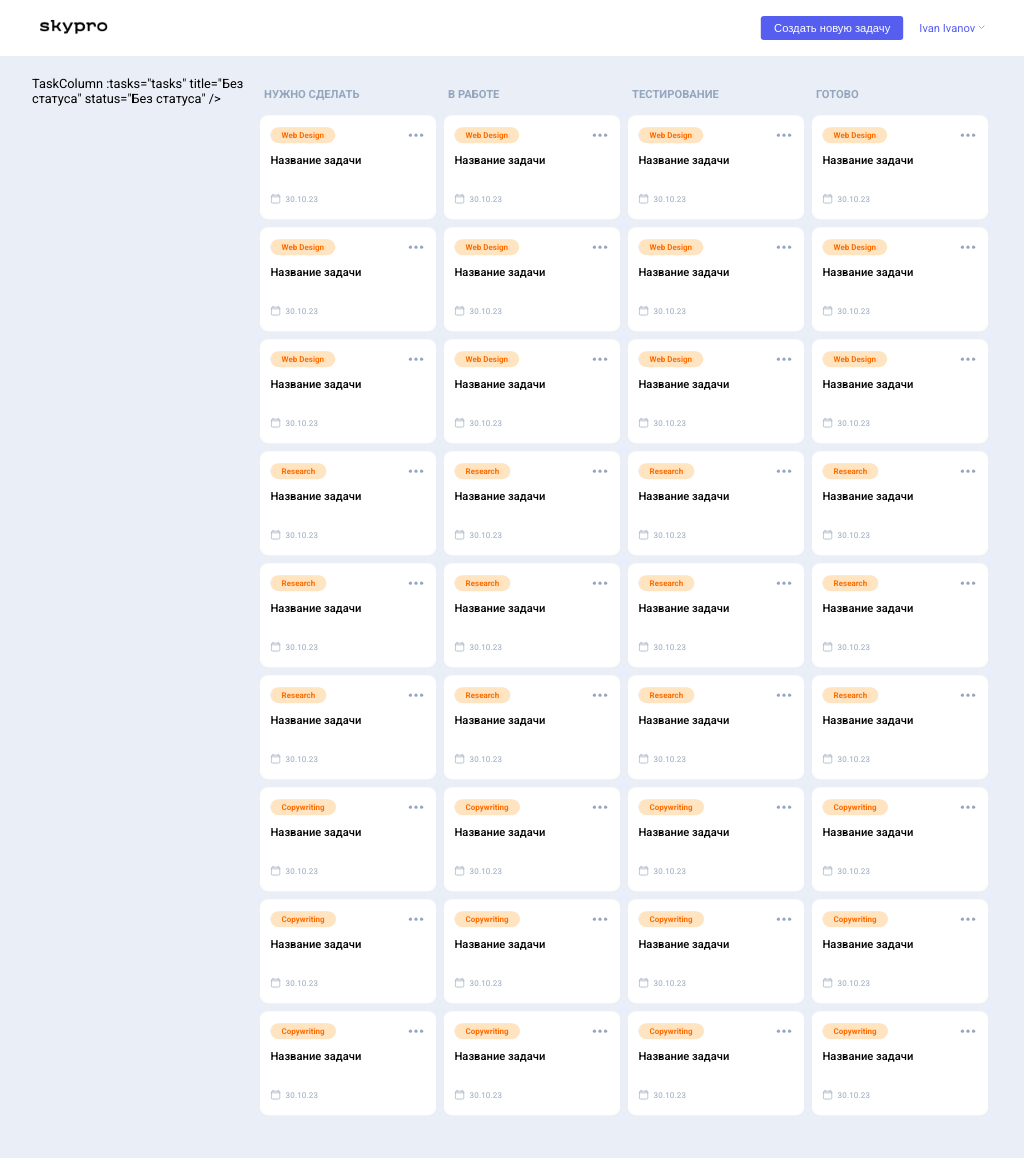
Repository: Olchik-resh/skypro-kanban
Page: /
An editor plug-in stored every save of this project. The page is shown before and after the next save, followed by the edit.
The browser window is 1280 px wide. The pictures show the whole page, at 80% of full size.
The project was rebuilt for these pictures with package versions that can differ from the ones it lists, and the page was loaded fresh each time. Also part of the build but not shown: vite.config.js.

Above is the page before, as saved 2025-07-28 16:43:49.

### index.html
<!doctype html>
<html lang="">
  <head>
    <meta charset="UTF-8" />
    <link rel="icon" href="/public/favicon.ico" />
    <meta name="viewport" content="width=device-width, initial-scale=1.0" />
    <link rel="preconnect" href="https://fonts.googleapis.com" />
    <link rel="preconnect" href="https://fonts.gstatic.com" crossorigin />
    <link
      href="https://fonts.googleapis.com/css2?family=Roboto+Flex:opsz,wght@8..144,200;8..144,300;8..144,400;8..144,700;8..144,800;8..144,900&family=Roboto:wght@400;500;700&display=swap"
      rel="stylesheet"
    />
    <title>Skypro</title>
  </head>
  <body>
    <div id="app"></div>
    <script type="module" src="/src/main.js"></script>
  </body>
</html>

### src/components/BaseHeader.vue
<template>
  <header class="header">
    <div class="container">
      <div class="header__block">
        <div class="header__logo _show _light">
          <a href="" target="_self"><img src="/src/assets/images/logo.png" alt="logo" /></a>
        </div>
        <div class="header__logo _dark">
          <a href="" target="_self"><img src="/src/assets/images/logo_dark.png" alt="logo" /></a>
        </div>
        <nav class="header__nav">
          <button class="header__btn-main-new _hover01" id="btnMainNew">
            <a href="#popNewCard">Создать новую задачу</a>
          </button>
          <UserModal />
        </nav>
      </div>
    </div>
  </header>
</template>

<script setup>
import UserModal from './UserModal.vue'
</script>

<style lang="scss" scoped></style>

### src/components/ExitModal.vue
<template>
  <div class="pop-exit__container">
    <div class="pop-exit__block">
      <div class="pop-exit__ttl">
        <h2>Выйти из аккаунта?</h2>
      </div>
      <form class="pop-exit__form" id="formExit" action="#">
        <div class="pop-exit__form-group">
          <button class="pop-exit__exit-yes _hover01" id="exitYes">
            <a href="modal/signin.html">Да, выйти</a>
          </button>
          <button class="pop-exit__exit-no _hover03" id="exitNo">
            <a href="main.html">Нет, остаться</a>
          </button>
        </div>
      </form>
    </div>
  </div>
</template>

<script setup></script>

<style lang="scss" scoped></style>

### src/components/NewCardModal.vue
<template>
  <div class="pop-new-card__container">
    <div class="pop-new-card__block">
      <div class="pop-new-card__content">
        <h3 class="pop-new-card__ttl">Создание задачи</h3>
        <a href="#" class="pop-new-card__close">&#10006;</a>
        <div class="pop-new-card__wrap">
          <form class="pop-new-card__form form-new" id="formNewCard" action="#">
            <div class="form-new__block">
              <label for="formTitle" class="subttl">Название задачи</label>
              <input
                class="form-new__input"
                type="text"
                name="name"
                id="formTitle"
                placeholder="Введите название задачи..."
                autofocus
              />
            </div>
            <div class="form-new__block">
              <label for="textArea" class="subttl">Описание задачи</label>
              <textarea
                class="form-new__area"
                name="text"
                id="textArea"
                placeholder="Введите описание задачи..."
              ></textarea>
            </div>
          </form>
          <div class="pop-new-card__calendar calendar">
            <p class="calendar__ttl subttl">Даты</p>
            <div class="calendar__block">
              <div class="calendar__nav">
                <div class="calendar__month">Сентябрь 2023</div>
                <div class="nav__actions">
                  <div class="nav__action" data-action="prev">
                    <svg
                      xmlns="http://www.w3.org/2000/svg"
                      width="6"
                      height="11"
                      viewBox="0 0 6 11"
                    >
                      <path
                        d="M5.72945 1.95273C6.09018 1.62041 6.09018 1.0833 5.72945 0.750969C5.36622 0.416344 4.7754 0.416344 4.41218 0.750969L0.528487 4.32883C-0.176162 4.97799 -0.176162 6.02201 0.528487 6.67117L4.41217 10.249C4.7754 10.5837 5.36622 10.5837 5.72945 10.249C6.09018 9.9167 6.09018 9.37959 5.72945 9.04727L1.87897 5.5L5.72945 1.95273Z"
                      />
                    </svg>
                  </div>
                  <div class="nav__action" data-action="next">
                    <svg
                      xmlns="http://www.w3.org/2000/svg"
                      width="6"
                      height="11"
                      viewBox="0 0 6 11"
                    >
                      <path
                        d="M0.27055 9.04727C-0.0901833 9.37959 -0.0901832 9.9167 0.27055 10.249C0.633779 10.5837 1.2246 10.5837 1.58783 10.249L5.47151 6.67117C6.17616 6.02201 6.17616 4.97799 5.47151 4.32883L1.58782 0.75097C1.2246 0.416344 0.633778 0.416344 0.270549 0.75097C-0.0901831 1.0833 -0.090184 1.62041 0.270549 1.95273L4.12103 5.5L0.27055 9.04727Z"
                      />
                    </svg>
                  </div>
                </div>
              </div>
              <div class="calendar__content">
                <div class="calendar__days-names">
                  <div class="calendar__day-name">пн</div>
                  <div class="calendar__day-name">вт</div>
                  <div class="calendar__day-name">ср</div>
                  <div class="calendar__day-name">чт</div>
                  <div class="calendar__day-name">пт</div>
                  <div class="calendar__day-name -weekend-">сб</div>
                  <div class="calendar__day-name -weekend-">вс</div>
                </div>
                <div class="calendar__cells">
                  <div class="calendar__cell _other-month">28</div>
                  <div class="calendar__cell _other-month">29</div>
                  <div class="calendar__cell _other-month">30</div>
                  <div class="calendar__cell _cell-day">31</div>
                  <div class="calendar__cell _cell-day">1</div>
                  <div class="calendar__cell _cell-day _weekend">2</div>
                  <div class="calendar__cell _cell-day _weekend">3</div>
                  <div class="calendar__cell _cell-day">4</div>
                  <div class="calendar__cell _cell-day">5</div>
                  <div class="calendar__cell _cell-day">6</div>
                  <div class="calendar__cell _cell-day">7</div>
                  <div class="calendar__cell _cell-day _current">8</div>
                  <div class="calendar__cell _cell-day _weekend">9</div>
                  <div class="calendar__cell _cell-day _weekend">10</div>
                  <div class="calendar__cell _cell-day">11</div>
                  <div class="calendar__cell _cell-day">12</div>
                  <div class="calendar__cell _cell-day">13</div>
                  <div class="calendar__cell _cell-day">14</div>
                  <div class="calendar__cell _cell-day">15</div>
                  <div class="calendar__cell _cell-day _weekend">16</div>
                  <div class="calendar__cell _cell-day _weekend">17</div>
                  <div class="calendar__cell _cell-day">18</div>
                  <div class="calendar__cell _cell-day">19</div>
                  <div class="calendar__cell _cell-day">20</div>
                  <div class="calendar__cell _cell-day">21</div>
                  <div class="calendar__cell _cell-day">22</div>
                  <div class="calendar__cell _cell-day _weekend">23</div>
                  <div class="calendar__cell _cell-day _weekend">24</div>
                  <div class="calendar__cell _cell-day">25</div>
                  <div class="calendar__cell _cell-day">26</div>
                  <div class="calendar__cell _cell-day">27</div>
                  <div class="calendar__cell _cell-day">28</div>
                  <div class="calendar__cell _cell-day">29</div>
                  <div class="calendar__cell _cell-day _weekend">30</div>
                  <div class="calendar__cell _other-month _weekend">1</div>
                </div>
              </div>

              <input type="hidden" id="datepick_value" value="08.09.2023" />
              <div class="calendar__period">
                <p class="calendar__p date-end">
                  Выберите срок исполнения <span class="date-control"></span>.
                </p>
              </div>
            </div>
          </div>
        </div>
        <div class="pop-new-card__categories categories">
          <p class="categories__p subttl">Категория</p>
          <div class="categories__themes">
            <div class="categories__theme _orange _active-category">
              <p class="_orange">Web Design</p>
            </div>
            <div class="categories__theme _green">
              <p class="_green">Research</p>
            </div>
            <div class="categories__theme _purple">
              <p class="_purple">Copywriting</p>
            </div>
          </div>
        </div>
        <button class="form-new__create _hover01" id="btnCreate">Создать задачу</button>
      </div>
    </div>
  </div>
</template>

<script setup></script>

<style lang="scss" scoped></style>

### src/components/TaskDesk.vue
<template>
  <main class="main">
    <div class="container">
      <div class="main__block">
        <div class="main__content">
          TaskColumn :tasks="tasks" title="Без статуса" status="Без статуса" />
          <TaskColumn :tasks="tasks" title="Нужно сделать" status="Нужно сделать" />
          <TaskColumn :tasks="tasks" title="В работе" status="В работе" />
          <TaskColumn :tasks="tasks" title="Тестирование" status="Тестирование" />
          <TaskColumn :tasks="tasks" title="Готово" status="Готово" />
        </div>
      </div>
    </div>
  </main>
</template>

<script setup>
import { computed, onMounted, ref } from 'vue'
import TaskColumn from './TaskColumn.vue'
import { getTasks } from './mokcs/tasks.js'
const tasks = ref([])
onMounted(() => {
  tasks.value = getTasks()
  console.log(tasks.value)
})
const noStatusTask = computed(() => {
  return tasks.value.filter((el) => {
    return el.status === 'Без статуса'
  })
})

const doStatusTask = computed(() => {
  return tasks.value.filter((el) => {
    return el.status === 'Нужно сделать'
  })
})

const workStatusTask = computed(() => {
  return tasks.value.filter((el) => {
    return el.status === 'В работе'
  })
})
const testStatusTask = computed(() => {
  return tasks.value.filter((el) => {
    return el.status === 'Тестирование'
  })
})
const readyStatusTask = computed(() => {
  return tasks.value.filter((el) => {
    return el.status === 'Готово'
  })
})
onMounted(() => {
  tasks.value = getTasks()
})
</script>

<style lang="scss" scoped></style>

### src/components/UserModal.vue
<template>
  <a
    href="#user-set-target"
    class="header__user _hover02"
    @click="isUserModalVisible = !isUserModalVisible"
    >Ivan Ivanov</a
  >
  <div class="header__pop-user-set pop-user-set" id="user-set-target" v-if="!isUserModalVisible">
    <p class="pop-user-set__name">Ivan Ivanov</p>
    <p class="pop-user-set__mail">ivan.ivanov@gmail.com</p>
    <div class="pop-user-set__theme">
      <p>Темная тема</p>
      <input type="checkbox" class="checkbox" name="checkbox" />
    </div>
    <button type="button" class="_hover03"><a href="#popExit">Выйти</a></button>
  </div>
</template>

<script setup>
import { ref } from 'vue'
const isUserModalVisible = ref(true)
</script>

<style lang="scss" scoped></style>

### src/components/TaskColumn.vue
<template>
  <div class="main__column column">
    <div class="column__title">
      <p>{{ title }}</p>
    </div>
    <TaskCard
      v-for="task in tasks"
      :key="task.id"
      :title="task.title"
      :status="task.status"
      :topic="task.topic"
      :date="task.date"
    />
  </div>
</template>

<script setup>
import TaskCard from './TaskCard.vue'

defineProps({
  tasks: { type: Array, require: true },
  title: { type: String, require: true },
})
</script>

<style lang="scss" scoped></style>

### src/components/TaskCard.vue
<template>
  <div class="cards" v-for="task in tasks" :key="task.id">
    <div class="cards__item">
      <div class="cards__card card">
        <div class="card__group">
          <div class="card__theme _orange">
            <p class="_orange">{{ topic }}</p>
          </div>
          <a href="#popBrowse" target="_self">
            <div class="card__btn">
              <div></div>
              <div></div>
              <div></div>
            </div>
          </a>
        </div>
        <div class="card__content">
          <a href="" target="_blank">
            <h3 class="card__title">{{ title }}</h3>
          </a>
          <div class="card__date">
            <svg
              xmlns="http://www.w3.org/2000/svg"
              width="13"
              height="13"
              viewBox="0 0 13 13"
              fill="none"
            >
              <g clip-path="url(#clip0_1_415)">
                <path
                  d="M10.5625 2.03125H2.4375C1.7644 2.03125 1.21875 2.5769 1.21875 3.25V10.5625C1.21875 11.2356 1.7644 11.7812 2.4375 11.7812H10.5625C11.2356 11.7812 11.7812 11.2356 11.7812 10.5625V3.25C11.7812 2.5769 11.2356 2.03125 10.5625 2.03125Z"
                  stroke="#94A6BE"
                  stroke-width="0.8"
                  stroke-linejoin="round"
                />
                <path
                  d="M11.7812 4.0625H1.21875M3.25 1.21875V2.03125V1.21875ZM9.75 1.21875V2.03125V1.21875Z"
                  stroke="#94A6BE"
                  stroke-width="0.8"
                  stroke-linecap="round"
                  stroke-linejoin="round"
                />
              </g>
              <defs>
                <clipPath id="clip0_1_415">
                  <rect width="13" height="13" fill="white" />
                </clipPath>
              </defs>
            </svg>
            <p>{{ date }}</p>
          </div>
        </div>
      </div>
    </div>
  </div>
</template>

<script setup>
import { getTasks } from './mokcs/tasks.js'
import { onMounted, ref } from 'vue'
const tasks = ref([])
onMounted(() => {
  tasks.value = getTasks()
})
defineProps({
  topic: String,
  title: String,
  date: String,
  status: String,
})
</script>

<style lang="scss" scoped></style>

Loaded but not shown: src/App.vue (common file); src/router/index.js (common file); src/components/mokcs/tasks.js (15 lines, source omitted); src/main.js (8 lines, source omitted); src/assets/css/main.css (1107 lines, source omitted); src/views/HomeView.vue (200 lines, source omitted)

After the next save:
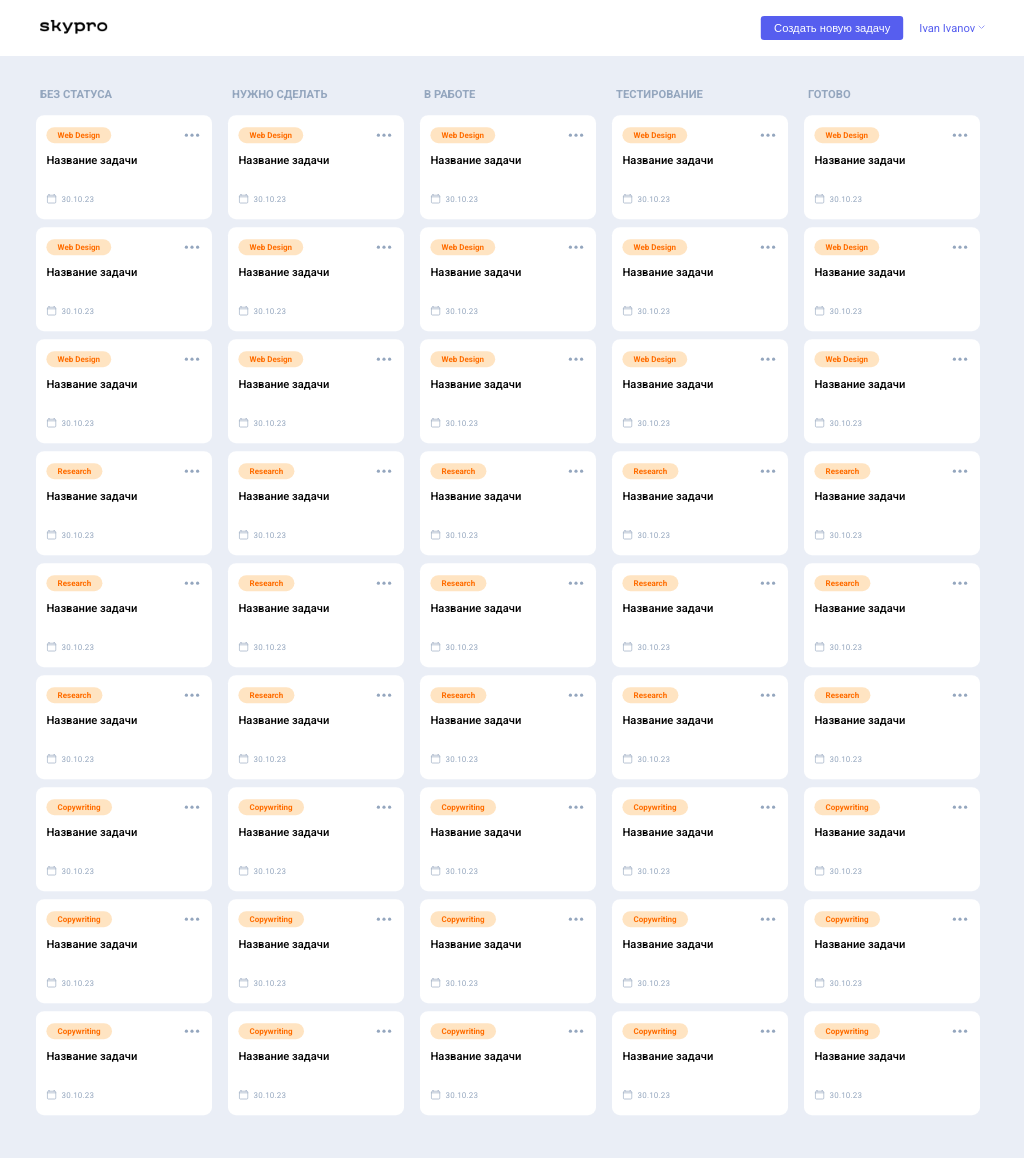
Saved 7 s later.
--- a/src/components/TaskDesk.vue
+++ b/src/components/TaskDesk.vue
@@ -3,7 +3,7 @@
     <div class="container">
       <div class="main__block">
         <div class="main__content">
-          TaskColumn :tasks="tasks" title="Без статуса" status="Без статуса" />
+          <TaskColumn :tasks="tasks" title="Без статуса" status="Без статуса" />
           <TaskColumn :tasks="tasks" title="Нужно сделать" status="Нужно сделать" />
           <TaskColumn :tasks="tasks" title="В работе" status="В работе" />
           <TaskColumn :tasks="tasks" title="Тестирование" status="Тестирование" />
